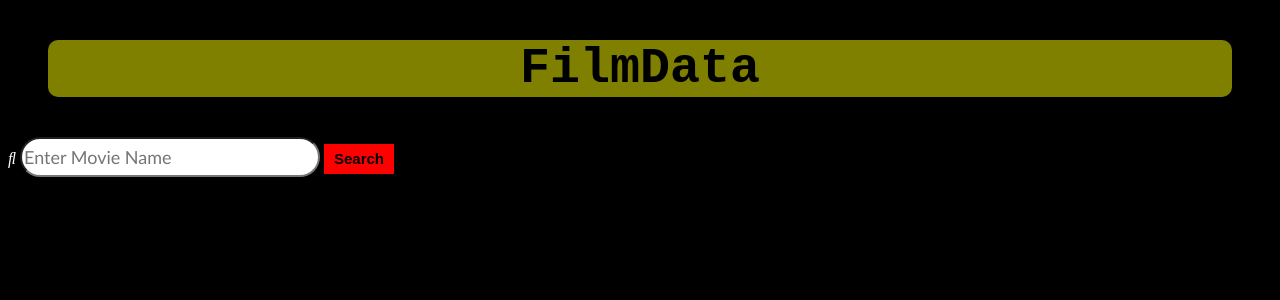
Repository: priyankajainmodi/film_data
Page: index.html
The author's editor kept a copy of each file at every save. The page is drawn from the files as they stood at one save, then again after the next save.
The browser window is 1280 px wide. The pictures show the whole page.

Above is the page before, as saved 2021-11-17 23:16:33.

After the next save:
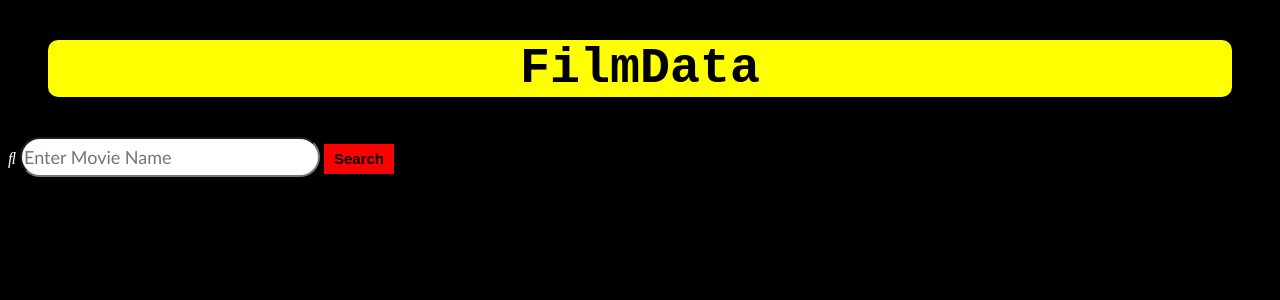
Saved 14 s later.
--- a/index.html
+++ b/index.html
@@ -47,7 +47,7 @@
 </head>
 
 <body bgcolor="#000000">
-    <h1 id="heading" style="color:#000;margin-bottom:50;border-radius:10px; text-align:center;font-family:monospace;opacity:0.5;background-color:yellow;font-size:50px;margin:40px;">FilmData</h1>
+    <h1 id="heading" style="color:#000;margin-bottom:50;border-radius:10px; text-align:center;font-family:monospace;transparency:0.5;background-color:yellow;font-size:50px;margin:40px;">FilmData</h1>
 
     <div id="enter">
 
